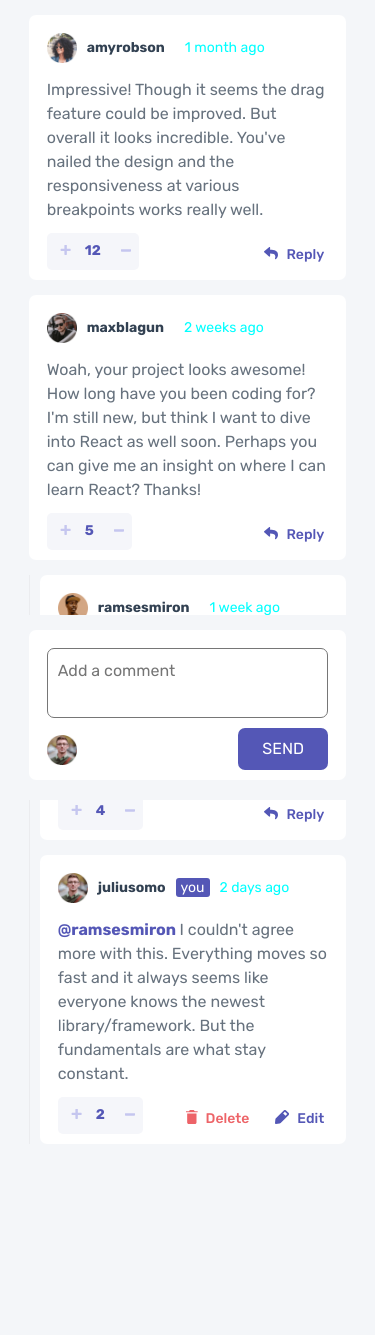
Repository: debaaah/interactive-comments-section-
Page: /
The author's editor kept a copy of each file at every save. The page is drawn from the files as they stood at one save, then again after the next save.
The browser window is 375 px wide. The pictures show the whole page.
The project was rebuilt for these pictures with package versions that can differ from the ones it lists, and the page was loaded fresh each time.

Above is the page before, as saved 2022-04-29 13:40:13.

### public/index.html
<!DOCTYPE html>
<html lang="en">
  <head>
    <meta charset="utf-8" />
    <link rel="icon" href="%PUBLIC_URL%/favicon-32x32.png" />
    <link rel="stylesheet" href="https://cdn.jsdelivr.net/npm/bootstrap@4.6.1/dist/css/bootstrap.min.css" integrity="sha384-zCbKRCUGaJDkqS1kPbPd7TveP5iyJE0EjAuZQTgFLD2ylzuqKfdKlfG/eSrtxUkn" crossorigin="anonymous">
    <meta name="viewport" content="width=device-width, initial-scale=1" />
    <meta name="theme-color" content="#000000" />
    <meta
      name="description"
      content="Web site created using create-react-app"
    />
    <link rel="apple-touch-icon" href="%PUBLIC_URL%/logo192.png" />
    <!--
      manifest.json provides metadata used when your web app is installed on a
      user's mobile device or desktop. See https://developers.google.com/web/fundamentals/web-app-manifest/
    -->
    <link rel="manifest" href="%PUBLIC_URL%/manifest.json" />
    <!--
      Notice the use of %PUBLIC_URL% in the tags above.
      It will be replaced with the URL of the `public` folder during the build.
      Only files inside the `public` folder can be referenced from the HTML.

      Unlike "/favicon.ico" or "favicon.ico", "%PUBLIC_URL%/favicon.ico" will
      work correctly both with client-side routing and a non-root public URL.
      Learn how to configure a non-root public URL by running `npm run build`.
    -->
    <title>Comment Section</title>
  </head>
  <body>
    <noscript>You need to enable JavaScript to run this app.</noscript>
    <div id="root"></div>
    <!--
      This HTML file is a template.
      If you open it directly in the browser, you will see an empty page.

      You can add webfonts, meta tags, or analytics to this file.
      The build step will place the bundled scripts into the <body> tag.

      To begin the development, run `npm start` or `yarn start`.
      To create a production bundle, use `npm run build` or `yarn build`.
    -->
    <script src="https://cdn.jsdelivr.net/npm/jquery@3.5.1/dist/jquery.slim.min.js" integrity="sha384-DfXdz2htPH0lsSSs5nCTpuj/zy4C+OGpamoFVy38MVBnE+IbbVYUew+OrCXaRkfj" crossorigin="anonymous"></script>
    <script src="https://cdn.jsdelivr.net/npm/bootstrap@4.6.1/dist/js/bootstrap.bundle.min.js" integrity="sha384-fQybjgWLrvvRgtW6bFlB7jaZrFsaBXjsOMm/tB9LTS58ONXgqbR9W8oWht/amnpF" crossorigin="anonymous"></script>
  </body>
</html>

### src/App.js
import './App.css';
import Main from './components/main'

function App() {
  return (
    <div>
      <Main/>
    </div>
  );
}

export default App;

### src/components/sass/style.scss
@import url("https://fonts.googleapis.com/css2?family=Rubik:wght@400;500;700&display=swap");

$blue: hsl(238, 40%, 52%); //#5a5da6;
$blueish: hsl(239, 57%, 85%); //#c4c5ec;
$red: hsl(358, 79%, 66%); //#ED6368;
$reddish: hsl(357, 100%, 86%); //#f4bbc0;
$bg: #f4f6f9;
$Darkblue: hsl(212, 24%, 26%);
$GrayishBlue: hsl(211, 10%, 45%);
$Lightgray: hsl(223, 19%, 93%);
$Verylightgray: hsl(228, 33%, 97%);
$White: hsl(0, 0%, 100%);

body {
  background-color: $bg;
  font-family: "Rubik", sans-serif;
  color: $GrayishBlue;
}
.main {
  width: 90vw;
  max-width: 700px;
  margin: auto auto 157px;
}
.blueBold {
  color: $blue;
  font-weight: bold;
}
.comment-box {
  display: flex;
  background-color: white;
  padding: 18px;
  border-radius: 7px;
  margin: 15px 10px;
  height: max-content;
}
.reply-box {
  margin: 5px 0px 5px 30px;
  padding-left: 30px;
  border-left: 1px solid #ebecef;
}
.score-box {
  background-color: $Verylightgray;//#f4f5fb;
  border-radius: 5px;
  padding: 2px 3px 3px;
  margin-right: 17px;
  div {
    padding: 3px 5px;
    text-align: center;
  }
  .score {
    font-size: 14px;
    color: $blue;
    font-weight: bold;
  }
  .plus,
  .minus {
    padding-right: 4px;
  }
  .minus {
    padding-top: 0;
  }
}
img {
  width: 30px;
}
[type="submit"] {
  background-color: $blue;
  width: 90px;
  height: 42px;
  border: 0;
  border-radius: 7px;
  color: white;
  text-transform: uppercase;
  &:hover{
    background-color: $blueish;
}
}
.displayed {
  display: flex;
}
.comment {
  font-size: 16px;
}
.comment .displayed {
  display: block;
}
.notDisplayed {
  display: none;
}
textarea:hover,
[type="submit"]:hover,
.plus:hover,
.minus:hover,
.edit,
.delete {
  cursor: pointer;

}
.plus:hover,
.minus:hover {
  path {
    fill: $blue;
  }
}
.content-box {
  width: 100%;

  .details {
    display: flex;
    justify-content: space-between;

    .commentator {
      .username {
        font-weight: bold;
        color: $Darkblue;
      }
      .username,
      .time {
        padding: 0 10px;
      }
      .blue {
        background-color: $blue;
        padding: 1px 5px;
        border-radius: 3px;
        color: white;
      }
    }
    .edit-area {
      display: flex;
      font-weight: 500;

      div {
        margin-left: 18px;
      }

      span {
        padding: 4px;
        text-transform: capitalize;
      }
      svg {
        position: relative;
        top: -2px;
      }
      .edit span:nth-child(2),
      .reply {
        color: $blue;
      }
      .delete {
        span:nth-child(2) {
          color: $red;
        }
        &:hover {
          span path {
            fill: $reddish;
          }
          span:nth-child(2) {
            color: $reddish;
          }
        }
      }
      .edit:hover,
      .reply:hover {
        span path {
          fill: $blueish;
        }
        span:nth-child(2) {
          color: $blueish;
        }
      }
    }
  }
}

.currentUser-form-box {
  position: fixed;
  bottom: 0px;
  padding-bottom: 5px;
  width: -webkit-fill-available;
  background-color: $bg;
  width: 90vw;
  max-width: 700px;
  margin: auto;
}
.currentUser-form {
  display: flex;
  max-height: 110px;
}
.currentUserReply-form,
.currentUser-form {
  background-color: white;
  padding: 18px;
  border-radius: 7px;
  margin: 15px 10px;
  justify-content: space-between;
  div {
    height: 0px;
  }
  span {
    position: relative;
    top: 5px;
  }
}

textarea {
  resize: none;
  padding: 10px;
  border-radius: 7px;
  width: -webkit-fill-available;

  &,
  input {
    margin: 0 15px;
  }
}

.comment {
  margin-top: 8px;
  overflow-wrap: anywhere;
  form {
    input {
      float: right;

    }

    textarea {
      margin-right: 0;
      width: 97%;
    }
  }
}

.modal {
  padding-right: 0 !important;

  .modal-content {
    padding: 10px;
  }
  .modal-dialog {
    min-width: 290px;
    top: 50%;
    left: 50%;
    -webkit-transform: translate(-50%, -50%) !important;
    transform: translate(-50%, -50%) !important;
    position: fixed;
  }

  .modal-footer {
    border-top: 0;
    justify-content: space-around;

    .btn {
      width: 150px;
      text-transform: uppercase;
      border-radius: 5px;
      height: auto;
    }
    [type="button"] {
      background-color: $blue;

      &:hover{
          background-color: $blueish;
      }
    }
    [type="submit"] {
      background-color: $red;
    }
    .btn:hover,
    .btn {
      color: white;
    }
  }
}
@media screen and (max-width: 768px) {
  .main {
    margin-bottom: 191px;
  }
  .reply-box {
    margin: 0 0 0 10px;
    padding-left: 0px;
  }
  .score-box {
    width: max-content;
    margin-right: 0px;
    display: flex;

    div {
      padding: 5px 10px;
    }
    .plus {
      padding-top: 2px;
    }
    .minus {
      padding-top: 3px;
    }
  }
  .comment-box {
    position: relative;
    .content-box{
      .details{
        margin-bottom: 15px;
      }
    }
  }
  .score-box-box {
    position: absolute;
    bottom: 10px;
  }
  .edit-area {
    position: absolute;
    right: 18px;
    bottom: 15px;
  }
  .displayed,
  .currentUser-form {
    display: block;
  }
  .currentUser-form {
    max-height: 150px;
  }
  .currentUserReply-form,
  .currentUser-form {
    position: relative;
    div {
      height: 43px;
    }
    span {
      position: static;
    }
    img {
      position: absolute;
      bottom: 15px;
    }
    textarea {
      margin: 0;
      height: 70px;
    }
    input {
      position: absolute;
      bottom: 10px;
      right: 18px;
    }
  }
  .modal {
    .modal-footer {
      .btn {
        font-size: 15px;
        width: auto;
      }
    }
  }
}
@media screen and (max-width: 375px){
.comment-box{
  .content-box{
    .details{
      font-size: 14px;
      .commentator, .time{
        color: aqua;
      }
    }
  }
}
}

Loaded but not shown: src/index.js (common file); src/index.css (common file); src/reportWebVitals.js (common file); src/App.css (common file); src/components/data.json (common file); src/components/main.js (723 lines, source omitted)

After the next save:
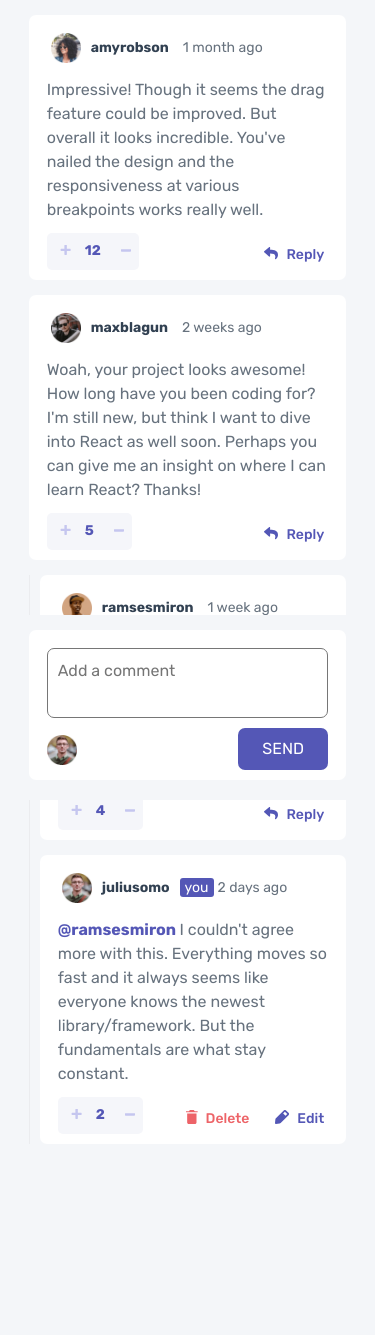
Saved 27 s later.
--- a/src/components/sass/style.scss
+++ b/src/components/sass/style.scss
@@ -355,9 +355,9 @@ textarea {
     .details{
       font-size: 14px;
       .commentator, .time{
-        color: aqua;
-      }
-    }
-  }
-}
-}
+      padding: 0 4px;
+      }
+    }
+  }
+}
+}
